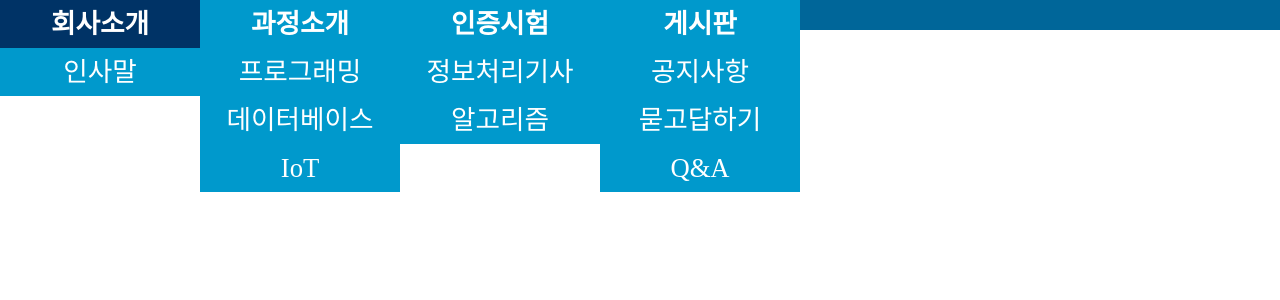
Repository: gyetol/web
Page: 4_11_web/CSS/WebContent/index.html
The author's editor kept a copy of each file at every save. The page is drawn from the files as they stood at one save, then again after the next save.
The browser window is 1280 px wide. The pictures show the whole page.

Above is the page before, as saved 2020-04-11 08:31:28.

After the next save:
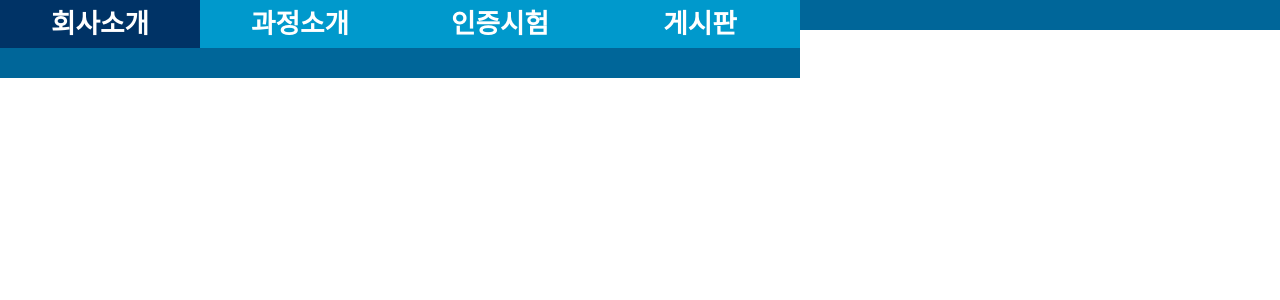
Saved 78 s later.
--- a/4_11_web/CSS/WebContent/css/style.css
+++ b/4_11_web/CSS/WebContent/css/style.css
@@ -25,6 +25,10 @@
 }
 
 ul>li>ul>li{
+	visibility:hidden;
+	font-weight:normal;
+}
+ul>li>ul>li:hover{
 	visibility:visible;
 	font-weight:normal;
 }

After the save that followed:
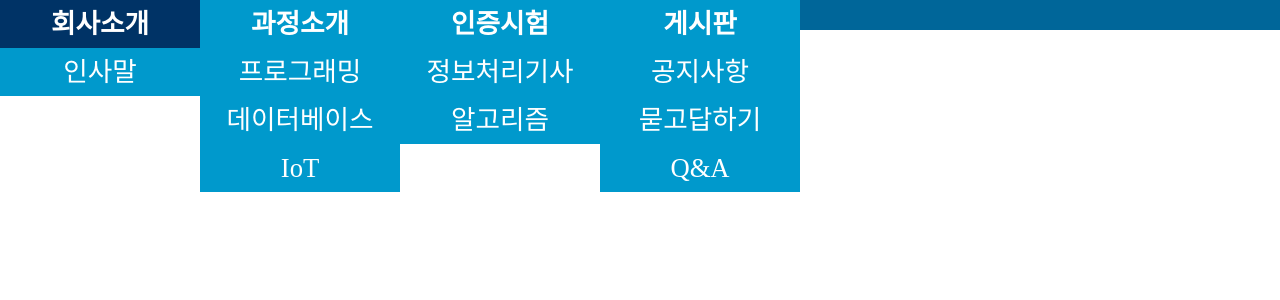
Saved 58 s later.
--- a/4_11_web/CSS/WebContent/css/style.css
+++ b/4_11_web/CSS/WebContent/css/style.css
@@ -25,11 +25,11 @@
 }
 
 ul>li>ul>li{
-	visibility:hidden;
+	visibility:visible;
 	font-weight:normal;
 }
 ul>li>ul>li:hover{
-	visibility:visible;
+	visibility:hidden;
 	font-weight:normal;
 }
 
